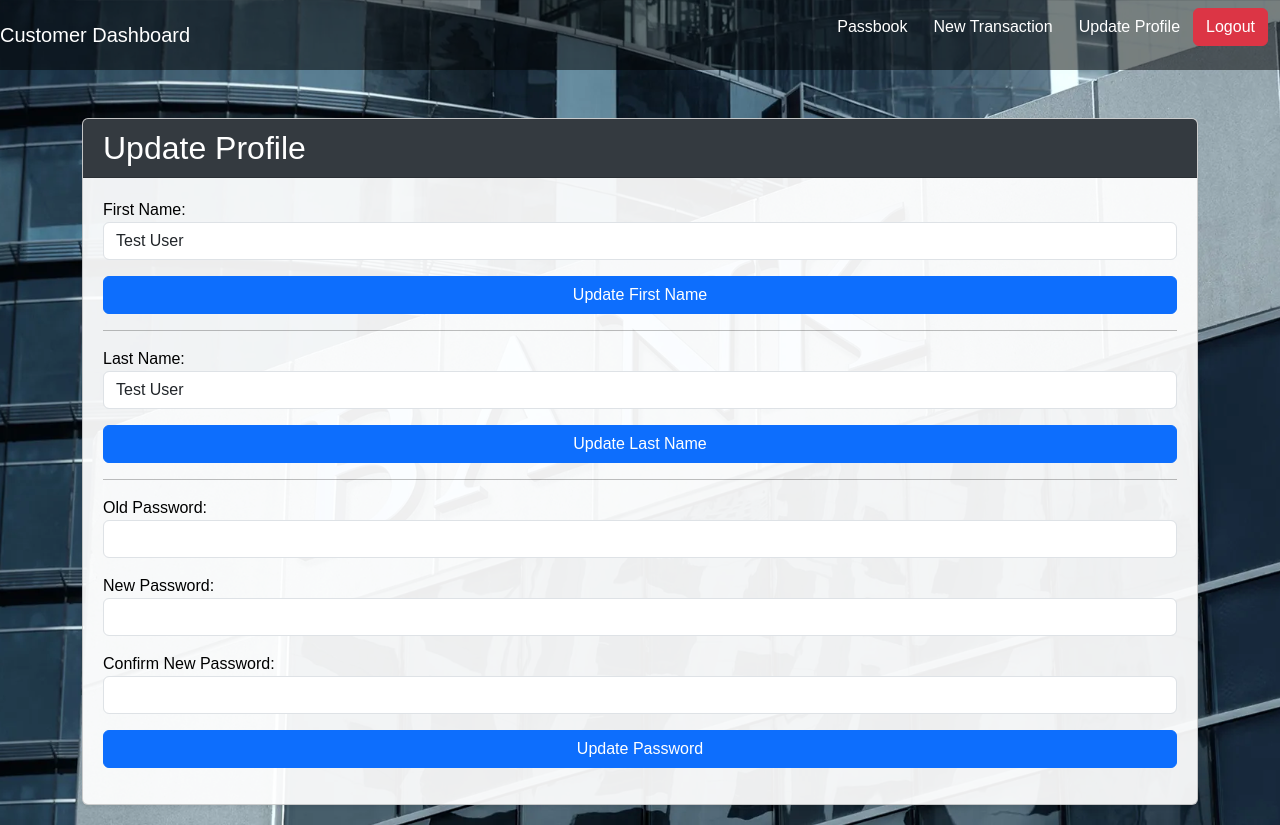
Repository: prathamsuhasia/swabhav-mini-project
Page: http://localhost/01-mini-project/UpdateProfile.jsp
These files come from the project's save history. The page is drawn as it stood at one moment and after the next save; the edit follows.
The browser window is 1280 px wide. The pictures show the whole page.
The page is served by Tomcat 9. The session is filled in as if someone had signed in: {"username": "testuser", "admin": "admin", "customer": "customer", "customerID": 1, "firstName": "Test User", "lastName": "Test User", "createdAt": 1, "accountNumbers": 1}.

Above is the page before, as saved 2024-08-16 04:49:10.

After the next save:
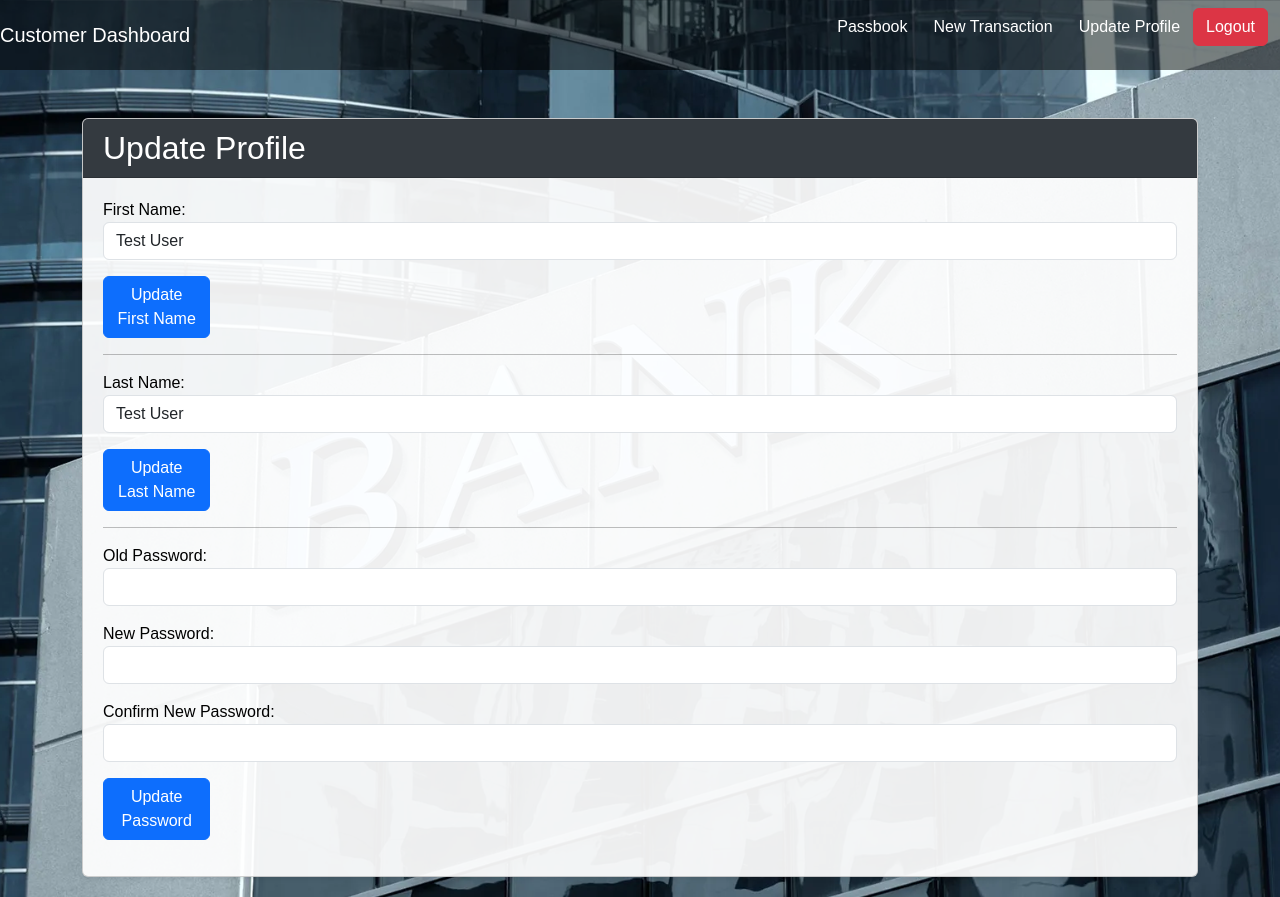
Saved 15 s later.
--- a/01-mini-project/WebContent/UpdateProfile.jsp
+++ b/01-mini-project/WebContent/UpdateProfile.jsp
@@ -95,7 +95,7 @@ body {
 }
 
 .card-profile .btn {
-	width: 100%;
+	width: 10%;
 }
 
 </style>
